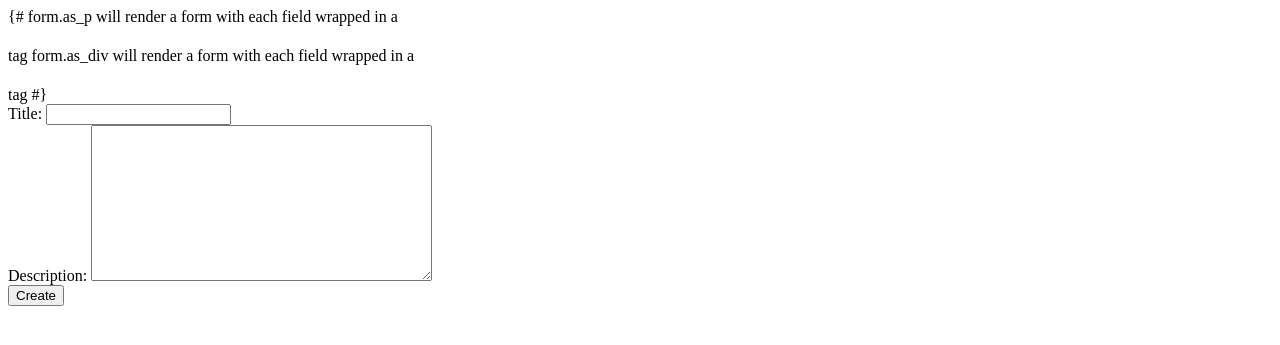
Repository: JasonMorta/Django-todo-crud-app
Page: http://localhost/create/
An editor plug-in stored every save of this project. The page is shown before and after the next save, followed by the edit.
The browser window is 1280 px wide. The pictures show the whole page.
The page is served by the project's application, run on Django 4.2 (manage.py).

Above is the page before, as saved 2023-06-20 20:38:04.

After the next save:
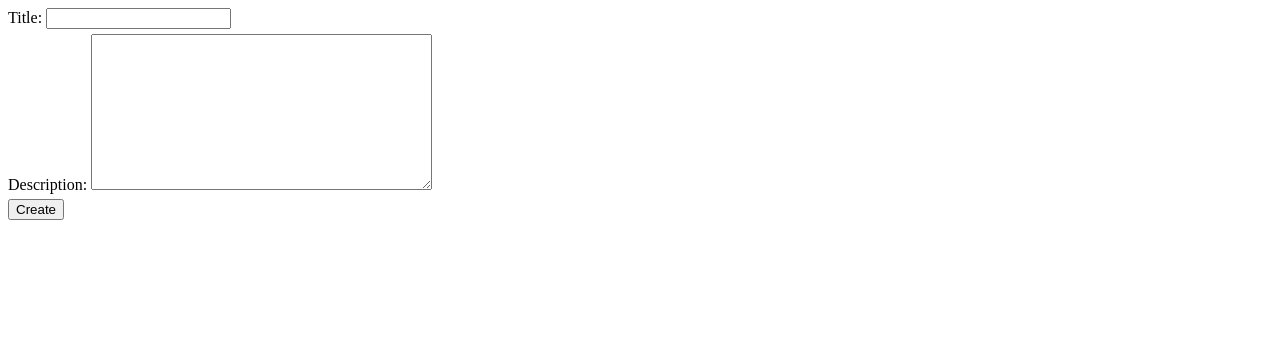
Saved 42 s later.
--- a/todo_list/todo_app/templates/todo_app/todo_create.html
+++ b/todo_list/todo_app/templates/todo_app/todo_create.html
@@ -17,10 +17,10 @@
 <body>
   <form method="post">
     {% csrf_token %}
-    {#
-      form.as_p will render a form with each field wrapped in a <p> tag
-      form.as_div will render a form with each field wrapped in a <div> tag
-    #}
+
+    {#form.as_p will render a form with each field wrapped in a <p> tag #}
+    {#  form.as_div will render a form with each field wrapped in a <div> tag  #}
+
     {{ form.as_div }}
     <button type="submit">Create</button>
   </form>
